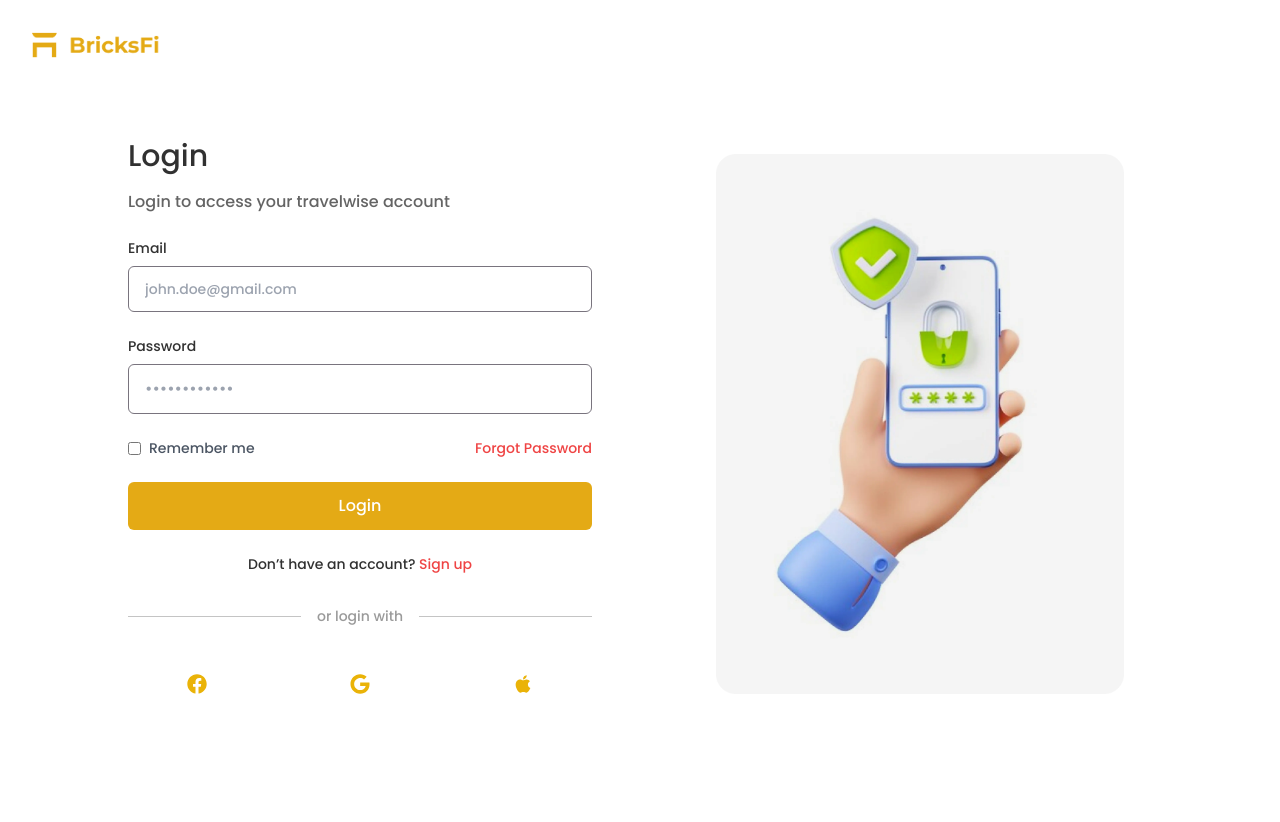
Repository: AyomideAkintade/BricksFi-Frontend
Page: /login (app in client/)
These files come from the project's save history. The page is drawn as it stood at one moment and after the next save; the edit follows.
The browser window is 1280 px wide. The pictures show the whole page.
The project was rebuilt for these pictures with package versions that can differ from the ones it lists, and the page was loaded fresh each time. Also part of the build but not shown: client/src/components/navbar.jsx, client/src/components/home.jsx, client/src/components/homeSecond.jsx, client/src/components/homeThird.jsx, client/src/components/homeFifth.jsx, client/src/components/homeSixth.jsx, client/src/components/homeSeventh.jsx, client/src/components/signup.jsx and 14 more.

Above is the page before, as saved 2024-10-04 22:16:50.

After the next save:
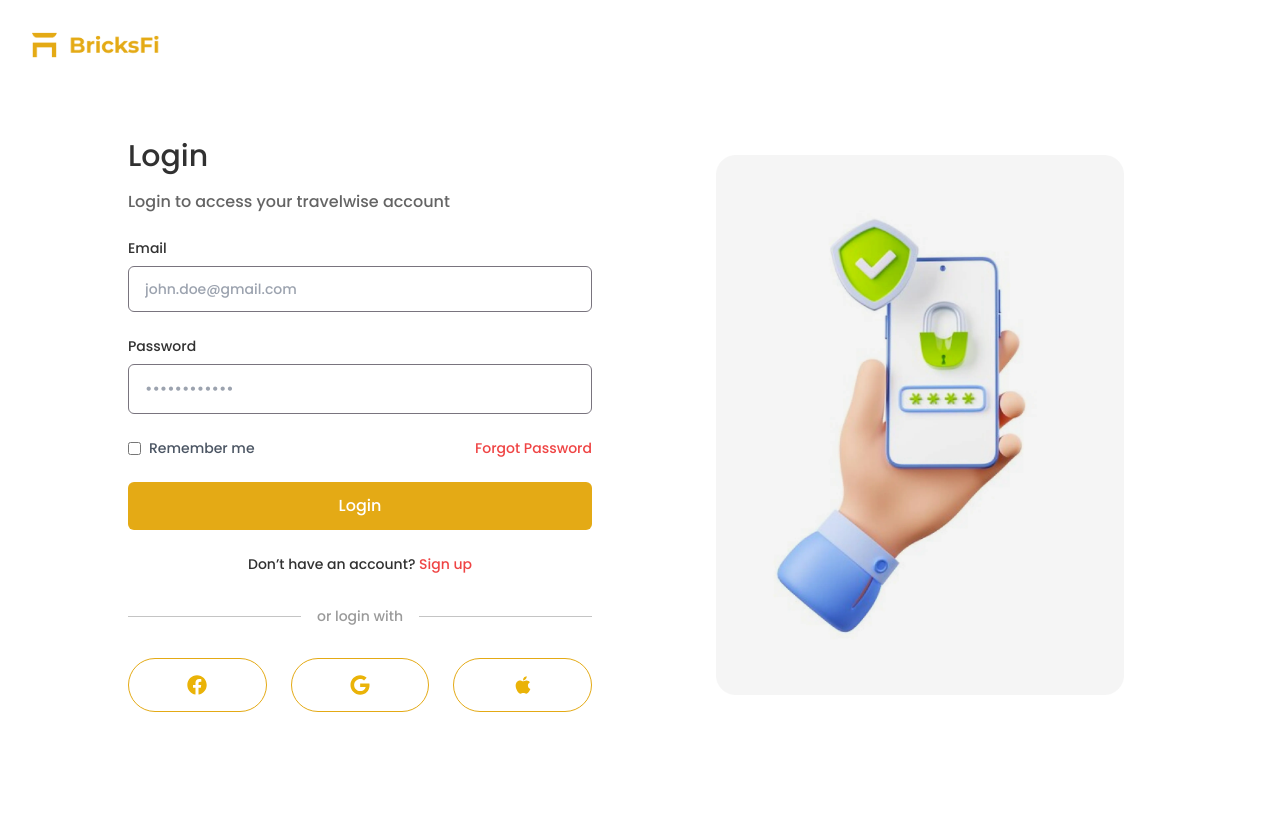
Saved 21 s later.
--- a/client/src/components/login.jsx
+++ b/client/src/components/login.jsx
@@ -90,13 +90,13 @@ const LoginPage = () => {
                 <div className="text-sm text-[#3131317d] bg-white px-4 z-[1]">or login with</div>
               </div>
               <div className="flex justify-center gap-6 w-full">
-                <button className="py-4 border-[1] border-[#E4AA15] w-full rounded-full text-yellow-500 hover:bg-gray-100 transition duration-200 flex items-center justify-center">
+                <button className="py-4 border-[1px] border-[#E4AA15] w-full rounded-full text-yellow-500 hover:bg-gray-100 transition duration-200 flex items-center justify-center">
                   <FaFacebook size={20} />
                 </button>
-                <button className="py-4  border-[1] border-[#E4AA15] rounded-full w-full text-yellow-500 hover:bg-gray-100 transition duration-200 flex items-center justify-center">
+                <button className="py-4  border-[1px] border-[#E4AA15] rounded-full w-full text-yellow-500 hover:bg-gray-100 transition duration-200 flex items-center justify-center">
                   <FaGoogle size={20} />
                 </button>
-                <button className="py-4  border-[1] border-[#E4AA15] rounded-full w-full text-yellow-500 hover:bg-gray-100 transition duration-200 flex items-center justify-center">
+                <button className="py-4  border-[1px] border-[#E4AA15] rounded-full w-full text-yellow-500 hover:bg-gray-100 transition duration-200 flex items-center justify-center">
                   <FaApple size={20} />
                 </button>
               </div>
